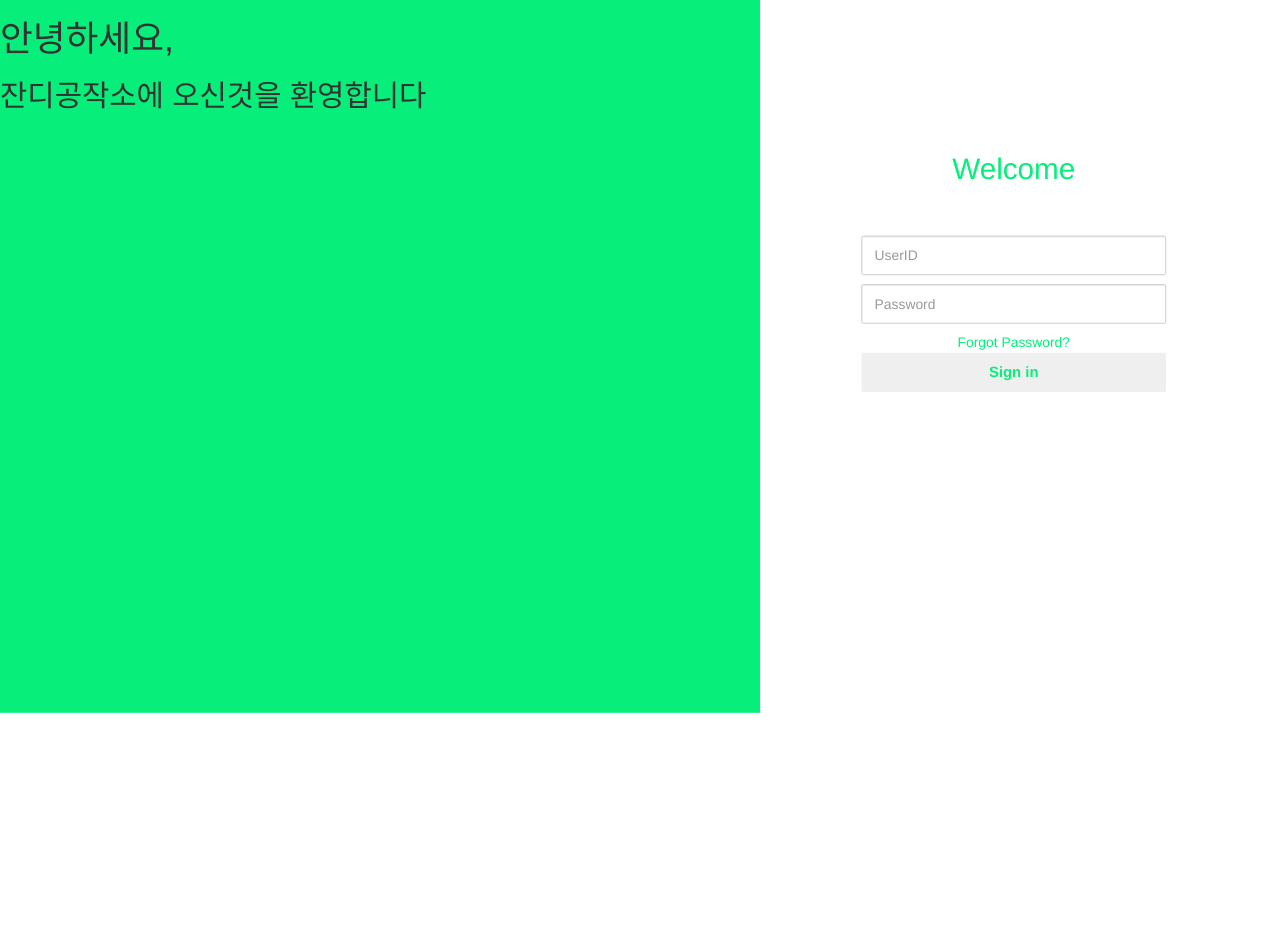
Repository: guddus326/Grass_Farm
Page: http://localhost/Grass_Farm/Index.jsp
The author's editor kept a copy of each file at every save. The page is drawn from the files as they stood at one save, then again after the next save.
The browser window is 1280 px wide. The pictures show the whole page, at 99% of full size.
The page is served by Tomcat 9.

Above is the page before, as saved 2021-03-16 14:36:52.

After the next save:
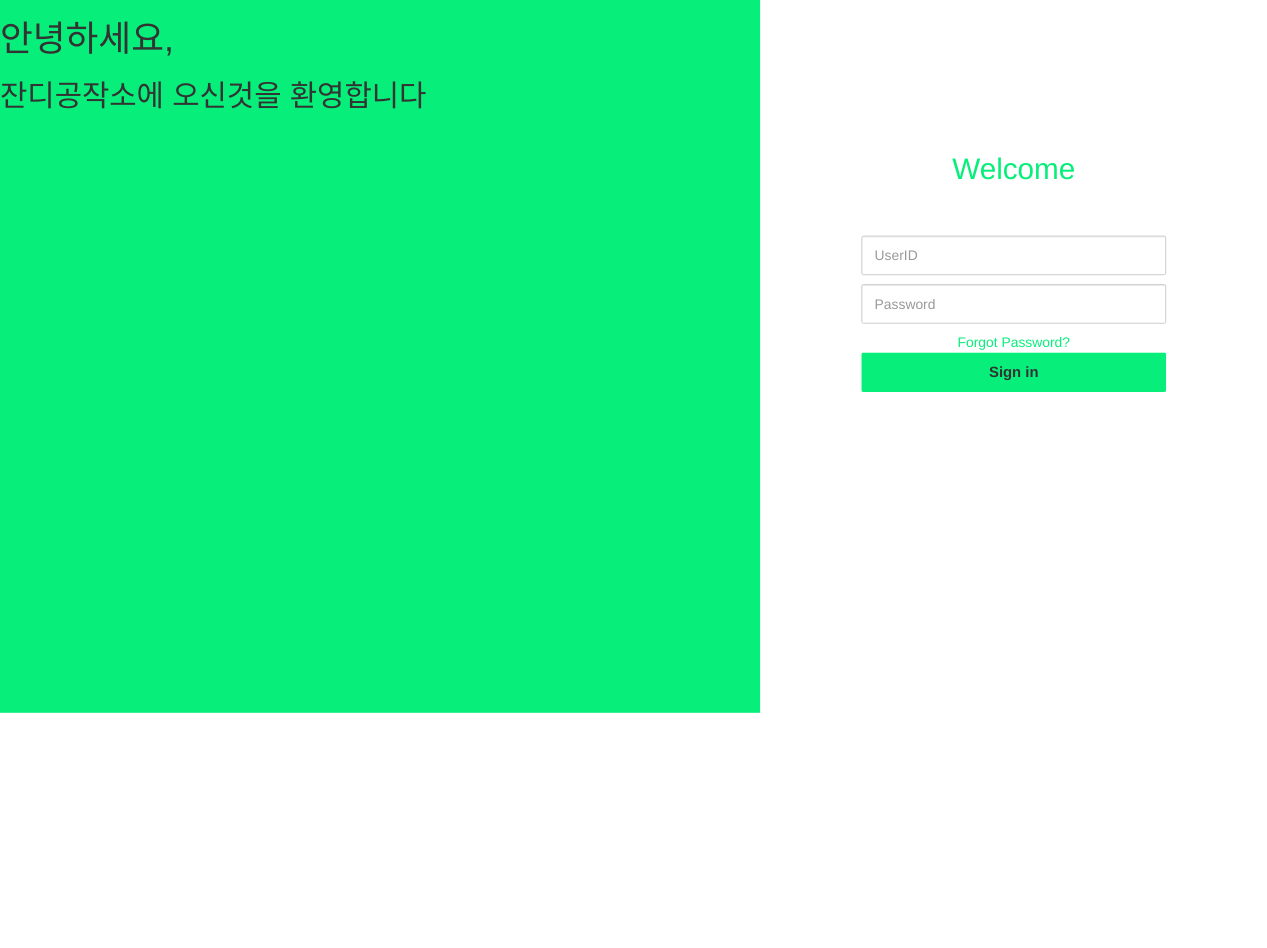
Saved 13 s later.
--- a/Grass_Farm/Grass_Farm/WebContent/Index.jsp
+++ b/Grass_Farm/Grass_Farm/WebContent/Index.jsp
@@ -69,7 +69,7 @@
   					<input type="text" class="form-control" name="userID" placeholder="UserID" aria-describedby="basic-addon1" required="required">
   					<input type="password" class="form-control" name="userPass" placeholder="Password" aria-describedby="basic-addon2" required="required">
             		<a href="#" style="color:#07ef7a">Forgot Password?</a>
-            		<button type="submit" style="color:#07ef7a" class="btn login-btn btn-block">Sign in</button>
+            		<button type="submit" style="background-color:#07ef7a"class="btn login-btn btn-block">Sign in</button>
 
     			</form>
 			</div>
